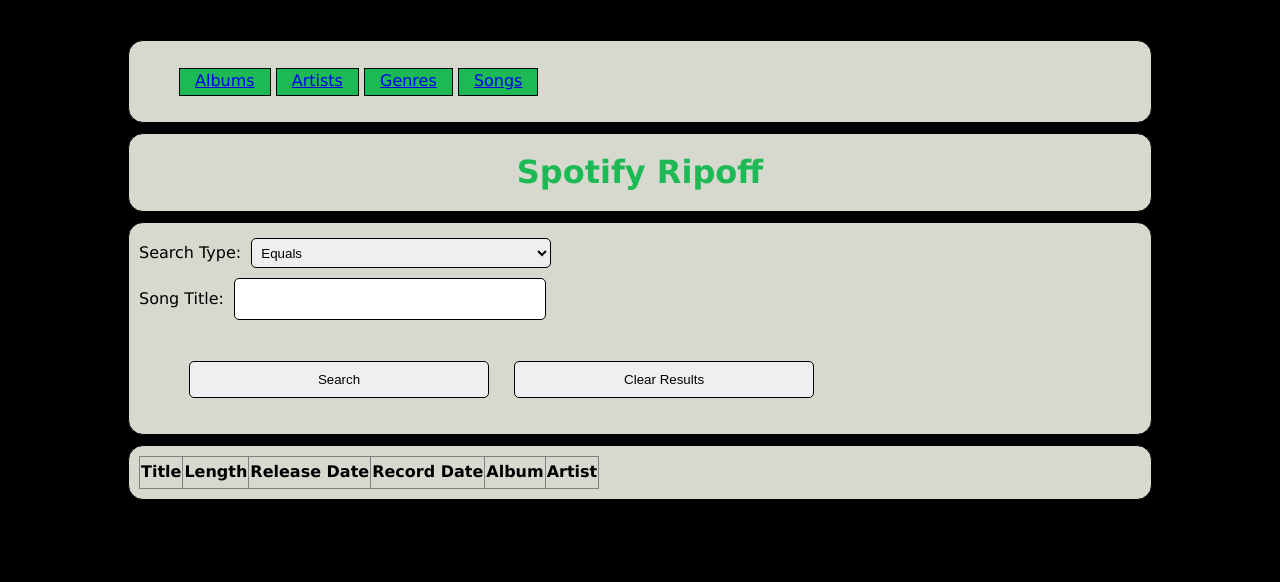
Repository: RRGTHWAR/bkg16_INFSCI1017
Page: bkg16_Music_FinalProject/WebContent/song.html
An editor plug-in stored every save of this project. The page is shown before and after the next save, followed by the edit.
The browser window is 1280 px wide. The pictures show the whole page.

Above is the page before, as saved 2019-04-13 18:27:10.

### bkg16_Music_FinalProject/WebContent/song.html
<!DOCTYPE html>
<html>
<head>
<meta charset="UTF-8">
<title>Songs</title>
<link href="css/style.css" rel="stylesheet" type="text/css" />
<script src="js/jquery-3.3.1.min.js"></script>
</head>
<body>
	<div id="navBar">
		<ul>
			<li><a href="album.html" title="Albums">Albums</a></li>
			<li><a href="artist.html" title="Artists">Artists</a></li>
			<li><a href="genre.html" title="Genres">Genres</a></li>
			<li><a href="song.html" title="Songs">Songs</a></li>
		</ul>
	</div>
	<h1 id="mainHeader" >Spotify Ripoff</h1>
	<div id="songSearch" class="searchBox" >
		<div>
			Search Type:
			<select name="searchType" id="searchType" class="textField">
				<option value="equals">Equals</option>
				<option value="begins">Begins</option>
				<option value="ends">Ends</option>
				<option value="contains">Contains</option>
				<option value="">All</option>
			</select>
		</div>
		<div>
			Song Title: <input type="text" id="songTitle" name="songTitle" value="" class="textField" />
		</div>
		<div id="btns">
			<ul>
				<li><input type="button" id="btnSearch" name="btnSubmit" class="actButton" value="Search" /></li>
				<li><input type="button" id="btnClear" name ="btnClear" class="actButton" value="Clear Results" /></li>
			</ul>
		</div>
	</div>

	<div id="searchResults">
		<h2 id="targetName" ></h2>
		<table border="1" id="tblSearchResults">
			<tr>
				<th>Title</th>
				<th>Length</th>
				<th>Release Date</th>
				<th>Record Date</th>
				<th>Album</th>
				<th>Artist</th>
			</tr>
		</table>
	</div>

	</body>
	<script>

		$(document).ready(function (){
			if (window.location.href.indexOf("?albumID=") > -1) {
				var addy = window.location.href;
				var albumID = addy.substring(addy.indexOf("=") + 1);
				var albumTitle = ""
				var url = "AlbumWS?albumID=" + albumID;
				$.get(url, function(resp) {
					//var data = JSON.parse(resp);
					albumTitle = resp.title;
					console.log(albumTitle);
				});
				$("#targetName").append(albumTitle);
				var url = "SongListWS?albumID=" + albumID;
				$.get(url, function(resp){
					parseSongData(resp);
				})
			};
			if (window.location.href.indexOf("?artistID=") > -1) {
				var addy = window.location.href;
				var artistID = addy.substring(addy.indexOf("=") + 1);
				var url = "SongListWS?artistID=" + artistID;
				$.get(url, function(resp){
					parseSongData(resp);
				})
			};
			$("#btnClear").click(function (){
				clearResultsTable();
			});
			$("#btnSearch").click(function (){
				search();
			});
			$("#songTitle").keyup(function(){
				var keyPressed = $("#songTitle").val();
				if(keyPressed.length > 2) {
					search();
				} else {
					clearResultsTable();
				}
			});
		});

		function search(optSearchType) {
			clearResultsTable();
			var songTitle = $("#songTitle").val();
			var searchType = $("#searchType").val();
			// console.log("Song: " + songTitle);
			// console.log("SearchType: " + searchType);
			var url = "SongListWS?songTitle=" + songTitle + "&searchType=" + searchType;
			// console.log(url);
			$.get(url, function(resp){
				parseSongData(resp);
			})
		}

		function parseSongData(data){
			//$("#searchResults").text(JSON.stringify(data));
			var result = "";

			for(var i=0; i < data.length; i++) {
				var tr = $("<tr></tr>"); //Created empty html table row

				//First data cell
				var td = $("<td></td>"); //Created empty html table data
				td.html(data[i].title);
				tr.append(td);

				//Second data cell
				td = $("<td></td>"); //Note that we don't need to redeclare this
				td.html(data[i].length);
				tr.append(td);

				//Third data cell
				td = $("<td></td>"); //Note that we don't need to redeclare this
				td.html(data[i].release_date);
				tr.append(td);

				//Fourth data cell
				td = $("<td></td>"); //Note that we don't need to redeclare this
				td.html(data[i].record_date);
				tr.append(td);

				//Fifth data cell
				td = $("<td class='albumLink'></td>"); //Note that we don't need to redeclare this
				var link = "<a href='album.html?songID=" + data[i].song_id + "'>View Album</a>";
				td.html(link);
				tr.append(td);

				//Sixth data cell
				td = $("<td class='artistLink'></td>"); //Note that we don't need to redeclare this
				var link = "<a href='artist.html?songID=" + data[i].song_id + "'>View Artist(s)</a>";
				td.html(link);
				tr.append(td);


				//Append row to table
				$("#tblSearchResults").append(tr);
				//result += 'Title: ' + data[i].title + '<br />';
			}

			//$("#searchResults").html(result);
		}

		//Source: https://stackoverflow.com/questions/2620181/clear-table-jquery
		function clearResultsTable() {
			$("#tblSearchResults td").parent().remove();
		}


		//Source: https://memorynotfound.com/detect-enter-keypress-javascript-jquery/
		$(document).keypress(function(e) {
			var keycode = (e.keyCode ? e.keyCode : e.which);
			if (keycode == '13') {
				$("#btnSearch").click();
			}
		});


	</script>
</html>

### bkg16_Music_FinalProject/WebContent/css/style.css
@charset "UTF-8";

html, body {
	background-color: black;
}

body {
	font-family: Verdana, Geneva, sans-serif;
	font-size: 100%;
	width: 80%;
	margin-right: auto;
	margin-left: auto;
	padding: 2.5% 2.5% 0;
	line-height: 1.8;
}

h1, h2, h3, h4, h5, h6, p {
	margin: 0;
	padding: 0;
}

h1, h2, h3, h4, h5, h6 {
	color: #1DB954;
}

p {
	margin-bottom: 1em;
}

#navBar {
	background-color: #D7D9CE;
	border: 1px solid #000;
	padding: 10px;
	border-radius: 15px;
}

#navBar ul li {
	background-color: #1DB954;
	margin-left: 0;
	margin-bottom: 10px;
	padding: 2px 15px 5px;
	border: 1px solid #000;
	list-style: none;
	display: inline;
}

#mainHeader {
	background-color: #D7D9CE;
	border: 1px solid #000;
	padding: 10px;
	margin-top: 10px;
	border-radius: 15px;
	text-align: center;
}

.searchBox {
	background-color: #D7D9CE;
	border: 1px solid #000;
	padding: 10px;
	margin-top: 10px;
	border-radius: 15px;
	margin-bottom: 10px;
}

.textField {
	border: 1px solid #000;
	border-radius: 5px;
	padding: 5px;
	margin: 5px;
	width: 300px;
	height: 30px;
}

#searchResults {
	background-color: #D7D9CE;
	border: 1px solid #000;
	padding: 10px;
	margin-top: 10px;
	border-radius: 15px;
	display: block;
	margin: 0 auto;
}

#btns ul li {
	padding: 10px;
	margin-top: 10px;
	border-radius: 15px;
	text-align: center;
	list-style: none;
	display: inline-block;
}

input[type=button] {
	border: 1px solid #000;
	padding: 10px;
	border-radius: 5px;
	display: inline-block;
	margin: 0 auto;
	width: 300px;
}

#tblSearchResults {
	border-collapse: collapse;
}

#tblSearchResults tr th td {
	border: 1px solid #000;
	padding: 5px;
	border-collapse: collapse;
	display: inline-block;
	margin: 0 auto;
	text-align: center;
}

Loaded but not shown: bkg16_Music_FinalProject/WebContent/js/jquery-3.3.1.min.js (library)

After the next save:
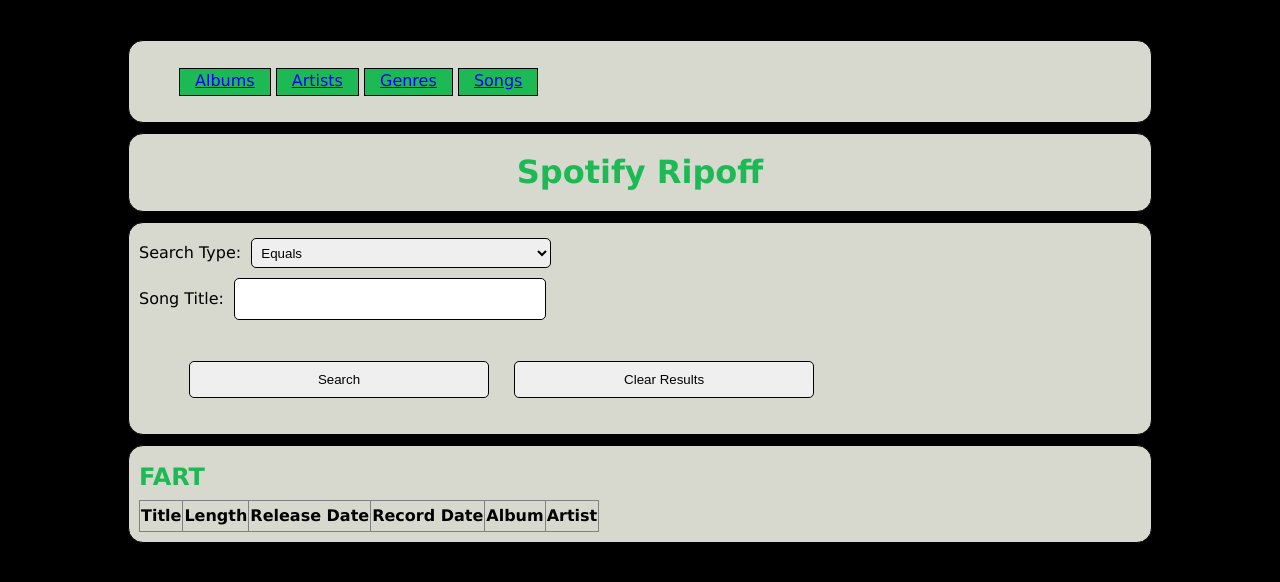
Saved 13 s later.
--- a/bkg16_Music_FinalProject/WebContent/song.html
+++ b/bkg16_Music_FinalProject/WebContent/song.html
@@ -39,7 +39,7 @@
 	</div>
 
 	<div id="searchResults">
-		<h2 id="targetName" ></h2>
+		<h2 id="targetName" >FART</h2>
 		<table border="1" id="tblSearchResults">
 			<tr>
 				<th>Title</th>

After the save that followed:
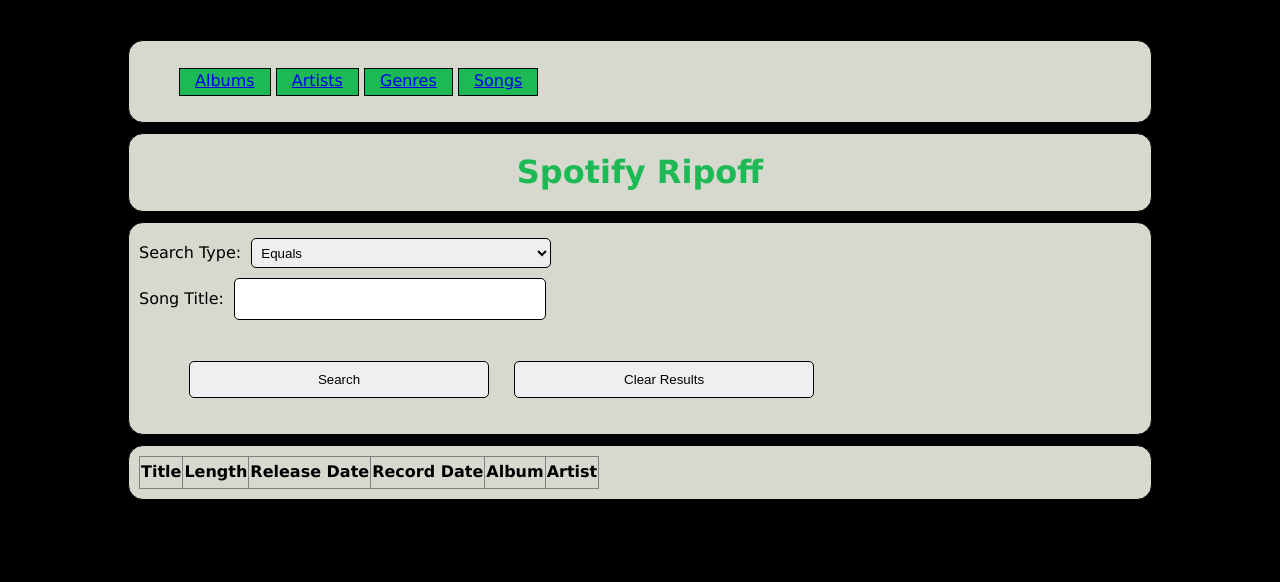
Saved 116 s later.
--- a/bkg16_Music_FinalProject/WebContent/song.html
+++ b/bkg16_Music_FinalProject/WebContent/song.html
@@ -39,7 +39,7 @@
 	</div>
 
 	<div id="searchResults">
-		<h2 id="targetName" >FART</h2>
+		<h2 id="targetName" > </h2>
 		<table border="1" id="tblSearchResults">
 			<tr>
 				<th>Title</th>
